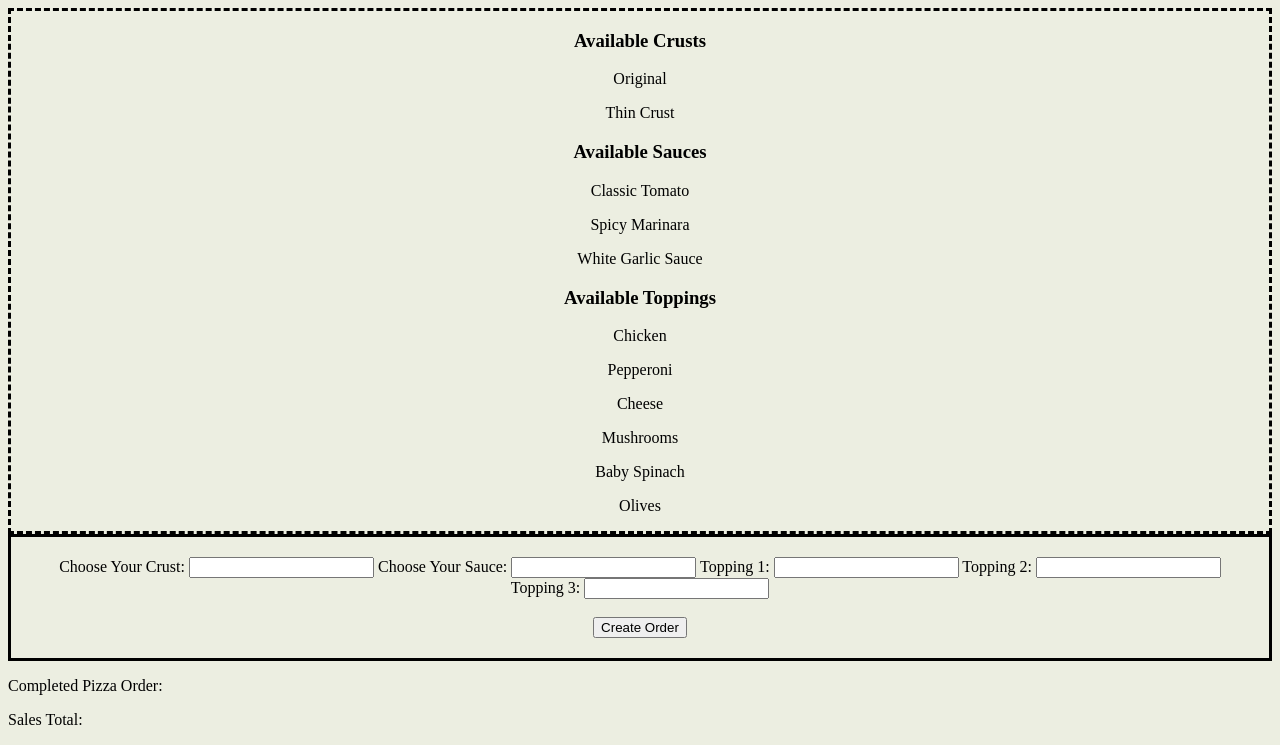
Repository: EmmanuelMefor/Pizza-order
Page: index.html
These files come from the project's save history. The page is drawn as it stood at one moment and after the next save; the edit follows.
The browser window is 1280 px wide. The pictures show the whole page.
Some web fonts or font styles are not loaded; a fallback is used.

Above is the page before, as saved 2024-01-05 18:32:50.
Console error: SyntaxError: Unexpected number

After the next save:
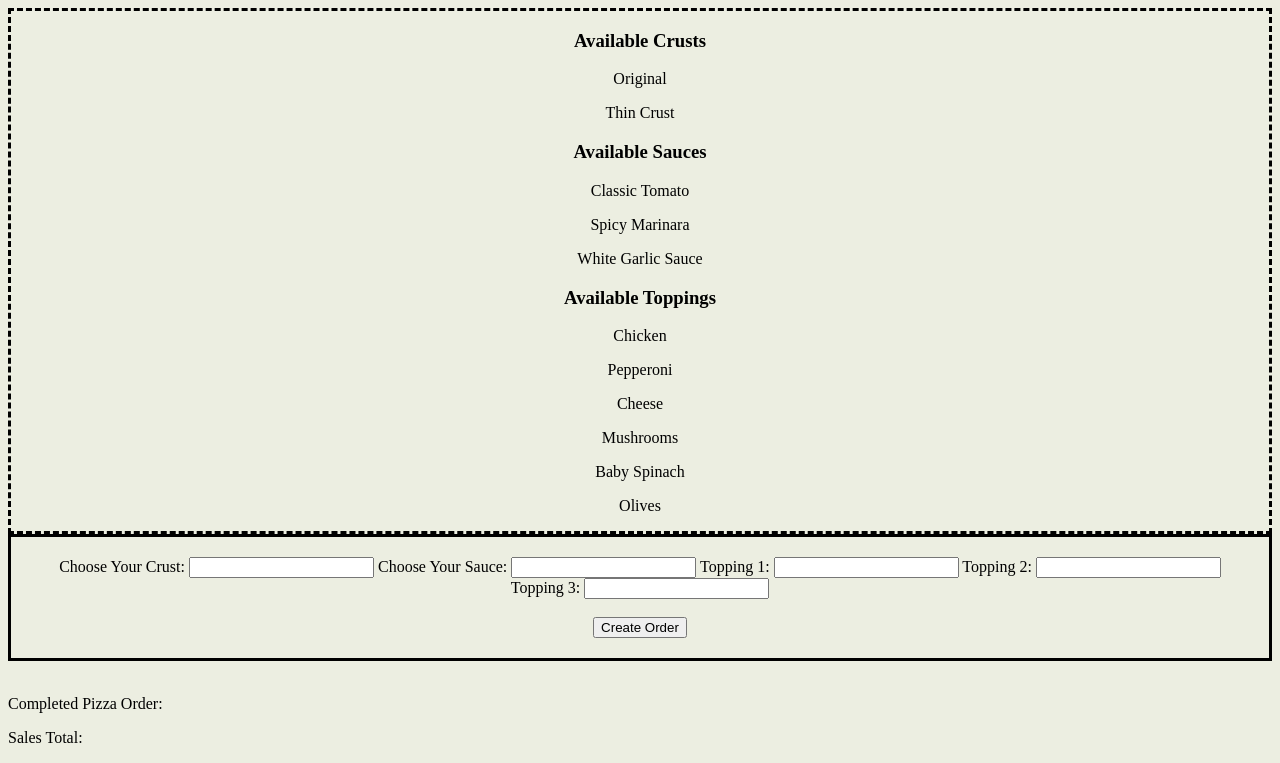
Saved 53 s later.
--- a/index.html
+++ b/index.html
@@ -50,6 +50,8 @@
 
             </form>
 
+        </br>
+
             <div id="Order">
                 <p>Completed Pizza Order:</p>
 
